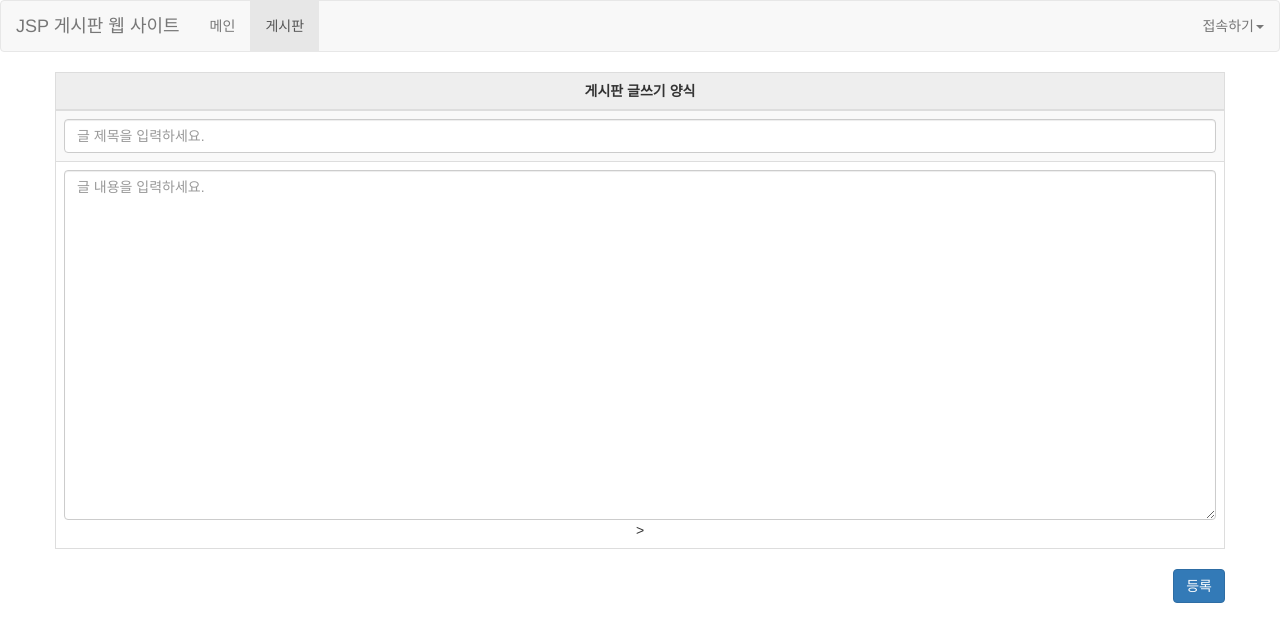
Repository: flown222/JSP_BasicWebsite_Project
Page: http://localhost/BBS/write.jsp
An editor plug-in stored every save of this project. The page is shown before and after the next save, followed by the edit.
The browser window is 1280 px wide. The pictures show the whole page.
The page is served by Tomcat 9. Other server files are loaded and not shown.

Above is the page before, as saved 2022-08-21 07:30:02.

### projects /BBS/src/main/webapp/write.jsp
<%@ page language="java" contentType="text/html; charset=UTF-8"
    pageEncoding="UTF-8"%>
<%@ page import="java.io.PrintWriter"%>
<!DOCTYPE html>
<html>
<head>
<meta http-equiv="Content-Type" content="text/html; charset=UTF-8">
<meta name="viewport" content="width=device-width" , initial-scale="1">
<link rel="stylesheet" href="css/bootstrap.css">

<title>JSP 로그인 웹 사이트</title>
</head>
<body>
	<%
		String userID = null;
		if(session.getAttribute("userID") != null){
			userID = (String) session.getAttribute("userID");
		}
	%>
	<nav class="navbar navbar-default ">
		<div class="navbar-header">
			<button type="button" class="navbar-toggle collapsed"
			data-toggle="collapse" data-target="#bs-example-navbar-collapse-1"
			aria-expanded="false">
				<span class="icon-bar"></span>
				<span class="icon-bar"></span>
				<span class="icon-bar"></span>
			</button>

			<a class="navbar-brand" href="main.jsp">JSP 게시판 웹 사이트</a>
		</div>
       <div class="collapse navbar-collapse" id="bs-example-navbar-collapse-1"
       				aria-expanded="false">
           <ul class="nav navbar-nav">
                   <li><a href="main.jsp">메인</a></li>
                   <li class="active"><a href="bbs.jsp">게시판</a></li>
           </ul>
           <%
           		if(userID == null){ //로그인 또는 회원가입을 통해 접속을 하지 않을 상태일때.
           %>
			<ul class="nav navbar-nav navbar-right">
				<li class="dropdown">
					<a href="#" class="dropdown-toggle"
                     data-toggle="dropdown" role="button" aria-haspopup="true"
                     aria-expanded="false">접속하기<span class="caret"></span></a>
                     <ul class="dropdown-menu">
                     	<li><a href="login.jsp">로그인</a></li>
                     	<li><a href="join.jsp">회원가입</a></li>
                     </ul>
				</li>
			</ul>
			<%
           		} else{//로그인 또는 회원가입을 통해 접속을 했을때.
           	%>
           	<ul class="nav navbar-nav navbar-right">
				<li class="dropdown">
					<a href="#" class="dropdown-toggle"
                     data-toggle="dropdown" role="button" aria-haspopup="true"
                     aria-expanded="false">회원관리<span class="caret"></span></a>
                     <ul class="dropdown-menu">
                     	<li><a href="logoutAction.jsp">로그아웃</a></li>
                     </ul>
				</li>
			</ul>
           	<%
           		}
            %>

		</div>
	</nav>
	<div class="container">
		<div class="row">
			<form method="post" action= "writeAction.jsp">
				<table class="table table-striped" style="text-align : center; border: 1px solid #dddddd">
					<thead>
						<tr>
							<th colspan="2" style="background-color: #eeeeee; text-align: center;">게시판 글쓰기 양식</th>
						</tr>
					</thead>
					<tbody>
						<tr>
							<td><input type="text" class="form-control" placeholder="글 제목을 입력하세요."
							name="bbsTitle" maxlength="50"></td>
						</tr>
						<tr>
							<td><textarea class="form-control" placeholder="글 내용을 입력하세요."
							name="bbsContent" maxlength="2048" style= "height: 350px; "></textarea>></td>
						</tr>
					</tbody>
				</table>
				<input type="submit" class="btn btn-primary pull-right" value = "등록">
			</form>
		</div>
	</div>
	<script src="https://code.jquery.com/jquery-3.3.1.min.js"></script>
	<script src="js/bootstrap.js"></script>
</body>
</html>

Loaded but not shown: projects /BBS/src/main/webapp/css/bootstrap.css (library); projects /BBS/src/main/webapp/js/bootstrap.js (library)

After the next save:
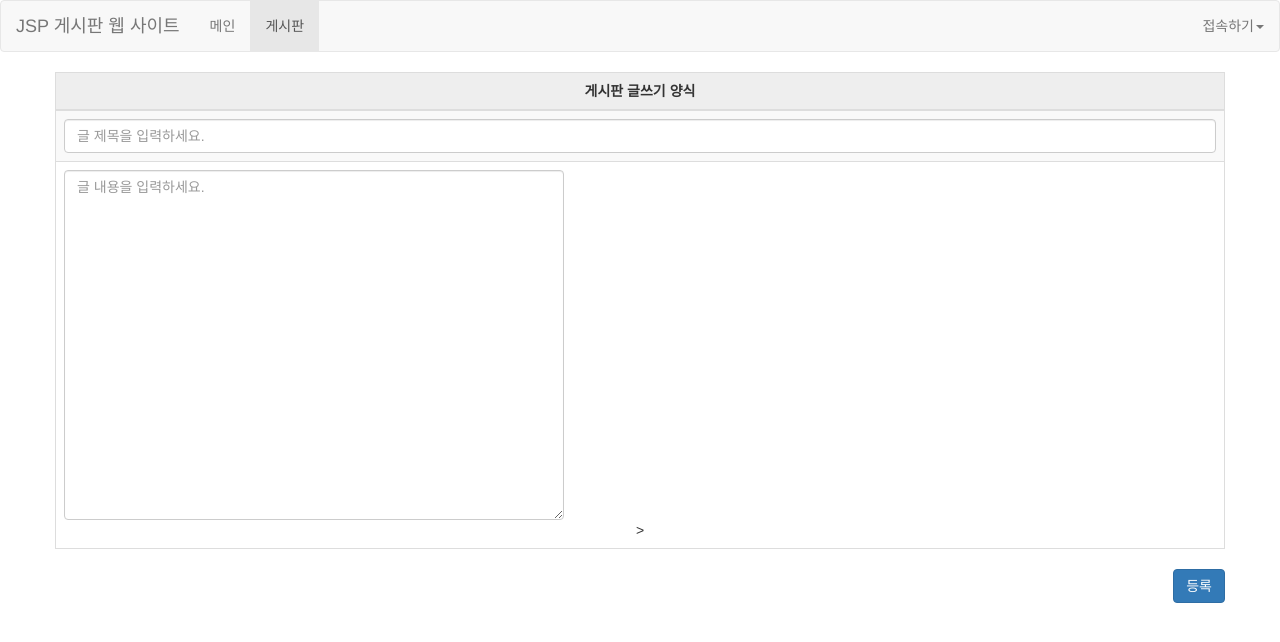
Saved 89 s later.
--- a/projects /BBS/src/main/webapp/write.jsp
+++ b/projects /BBS/src/main/webapp/write.jsp
@@ -84,7 +84,7 @@
 						</tr>
 						<tr>
 							<td><textarea class="form-control" placeholder="글 내용을 입력하세요."
-							name="bbsContent" maxlength="2048" style= "height: 350px; "></textarea>></td>
+							name="bbsContent" maxlength="2048" style= "height: 350px; width:500px; "></textarea>></td>
 						</tr>
 					</tbody>
 				</table>
